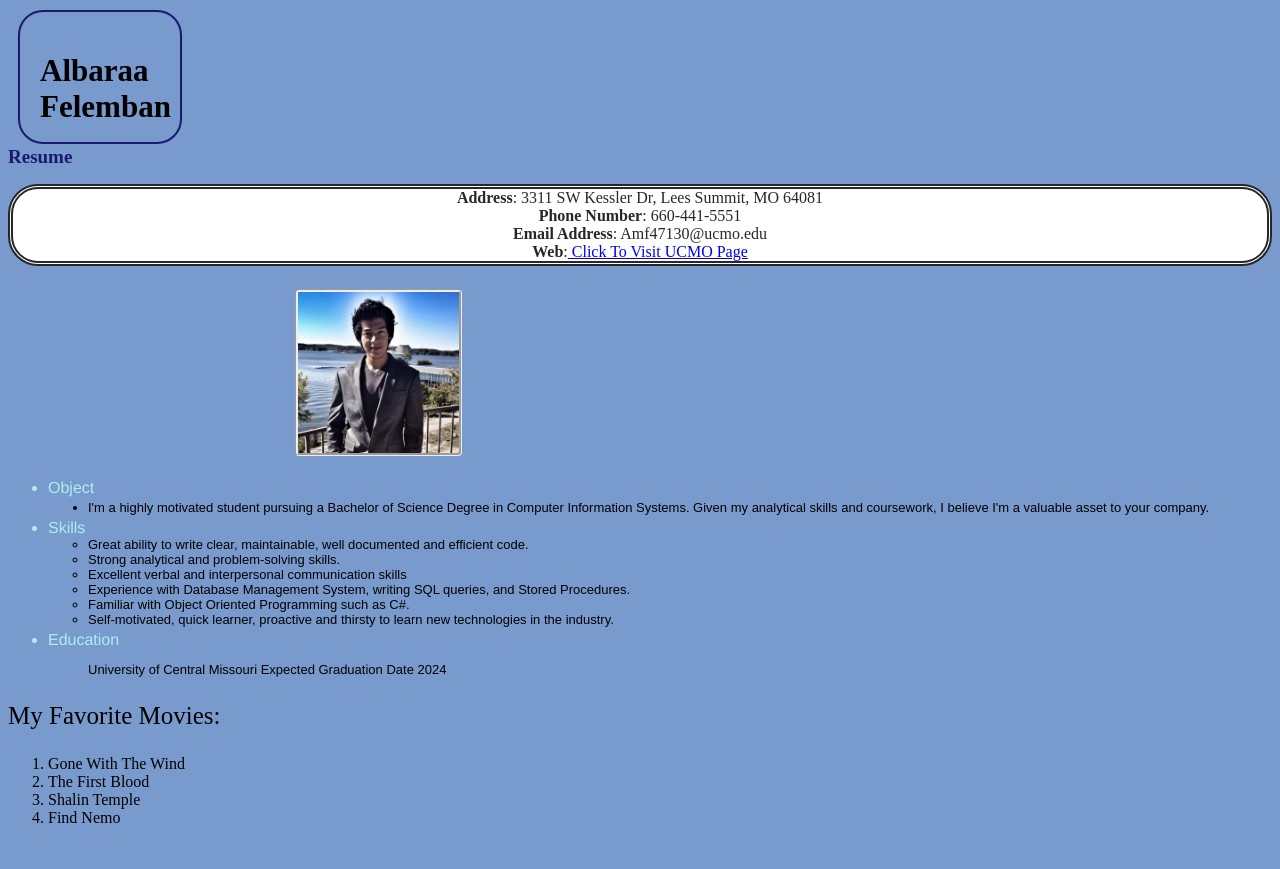
Repository: MrFelemban/RealEstate_Web-cis2625
Page: lesson1/index.html
The author's editor kept a record of every edit. The page is drawn from the files as they stood at one moment, then again after the next edit.
The browser window is 1280 px wide. The pictures show the whole page.

Above is the page before.

After the next edit:
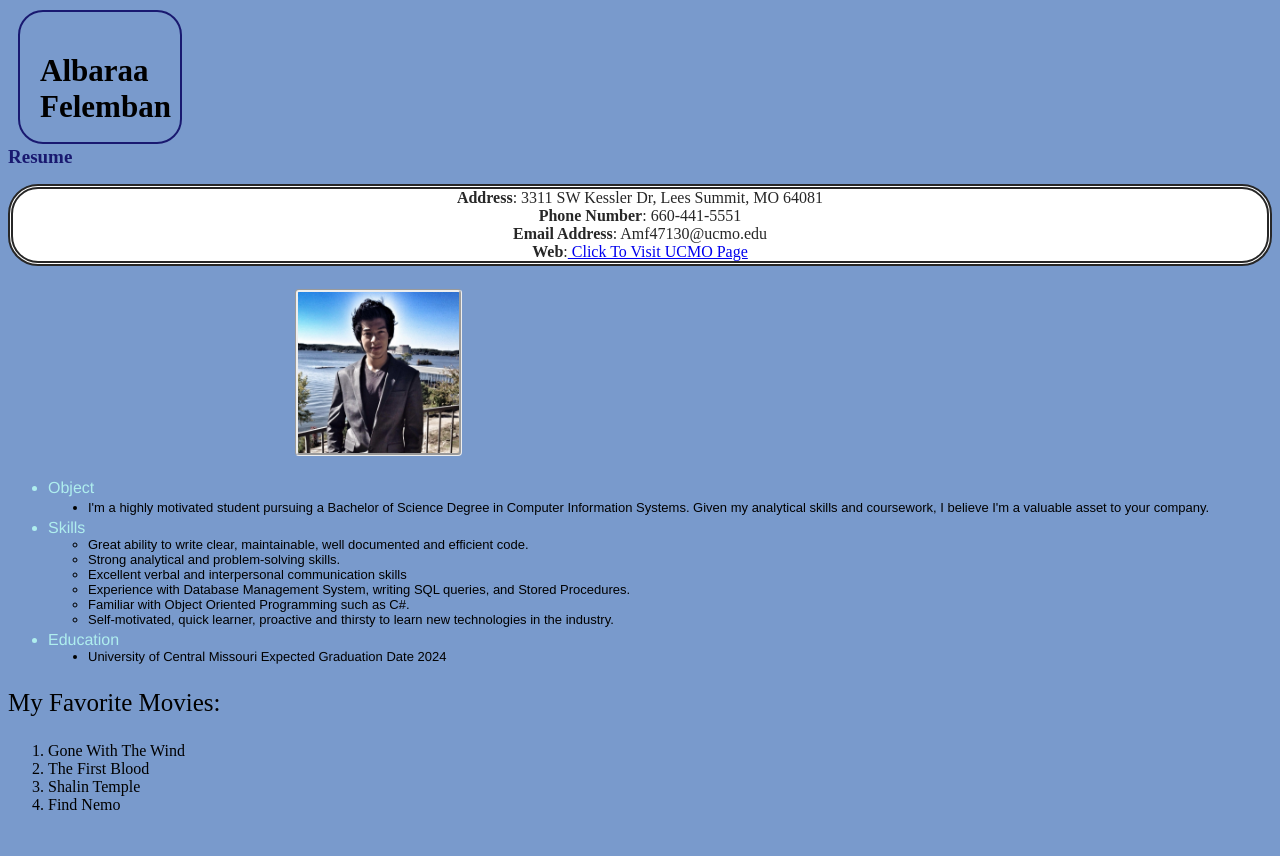
The edit:
--- a/lesson1/index.html
+++ b/lesson1/index.html
@@ -43,7 +43,7 @@
 			</ul>
 		</div>
 		<li class="Subject">Education</li>
-		<p id="Education">
+		<li id="Education">
 			University of Central Missouri Expected Graduation Date 2024
 		</p>
 	</ul>
